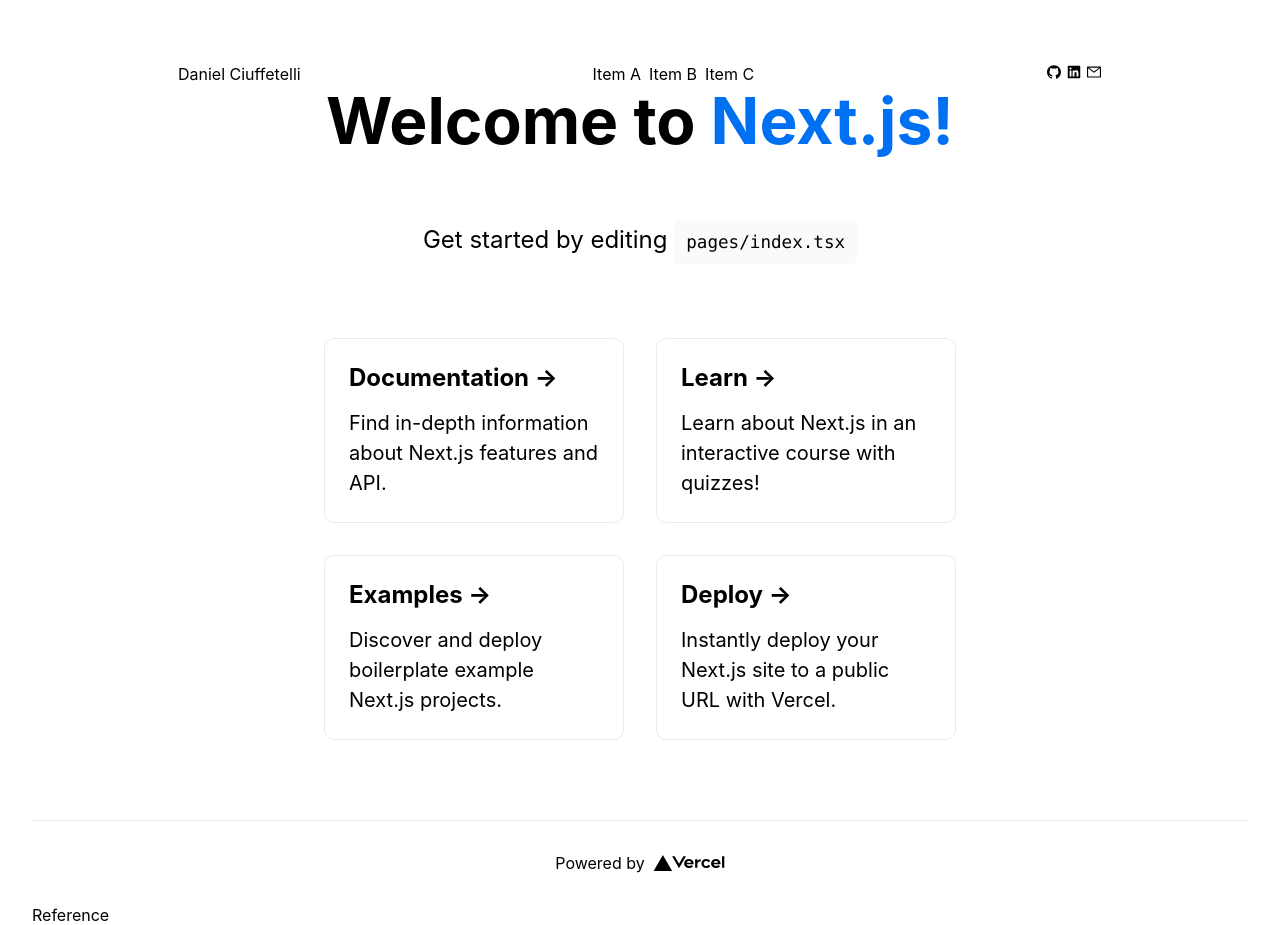
Repository: ciuffetelli/portfolio
Page: /
An editor plug-in stored every save of this project. The page is shown before and after the next save, followed by the edit.
The browser window is 1280 px wide. The pictures show the whole page.
The project was rebuilt for these pictures with package versions that can differ from the ones it lists, and the page was loaded fresh each time. The framework's server and built-in components were replaced by stand-ins that run in the browser. Also part of the build but not shown: next.config.js.

Above is the page before, as saved 2022-12-04 13:45:21.

After the next save:
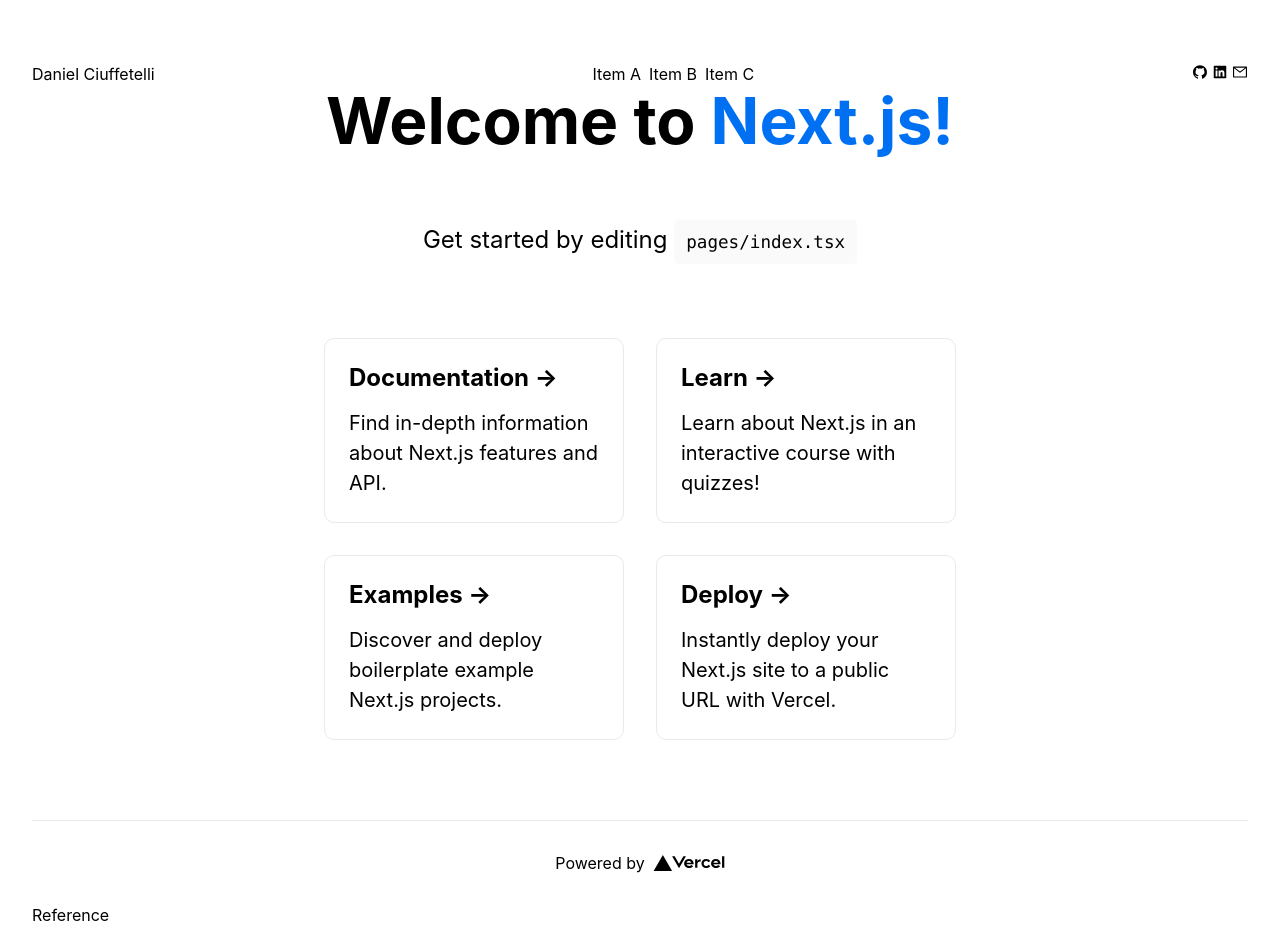
Saved 115 s later.
--- a/Components/Nav.tsx
+++ b/Components/Nav.tsx
@@ -38,8 +38,13 @@
 `
 
 const Items = styled.div`
-    display: inline-flex;
-    gap: 0.5rem;
+    flex: 1;
+    justify-content: center;
+
+    @media (min-width: 500px) {
+        display: inline-flex;
+        gap: 0.5rem;
+    }
 `
 
 const MenuItem = styled.div``
